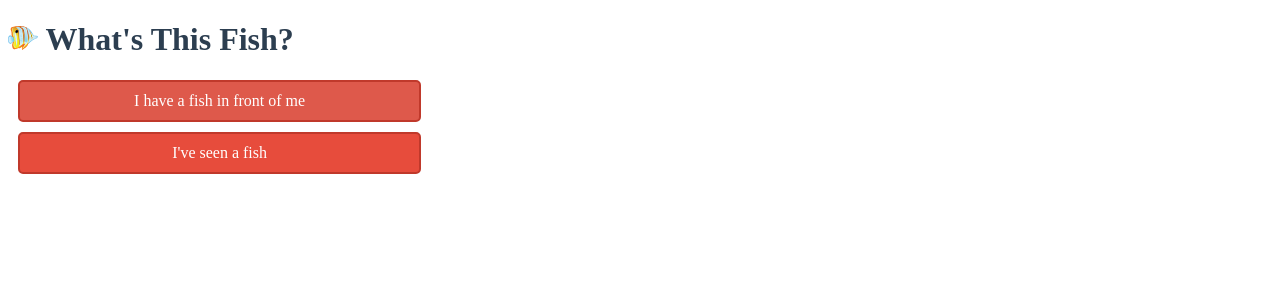
Repository: ulyfm/whatsthis.fish
Page: FishServer/externalpages/index.html
The author's editor kept a copy of each file at every save. The page is drawn from the files as they stood at one save, then again after the next save.
The browser window is 1280 px wide. The pictures show the whole page.
The first visible `.c1` is being pressed.
Some web fonts or font styles are not loaded; a fallback is used.

Above is the page before, as saved 2017-01-04 18:11:31.

### FishServer/externalpages/index.html
<!DOCTYPE html>
<html>
	<head>
		<title>WhatsThisFish</title>
		<link rel='stylesheet' type='text/css' href='fish.css'>
		<script src='fish.js' type='text/javascript'></script>
		<link href="https://fonts.googleapis.com/css?family=Alegreya" rel="stylesheet">
	</head>
	<body>
		<h1><img src='drivingthattrainhighoncocaine.svg' id='logo'>  What's This Fish?</h1>
		<a href='/havefish.html' class='c1'>I have a fish in front of me</a>
		<a href='/havefish.html' class='c1'>I've seen a fish</a>
	</body>
</html>

### FishServer/externalpages/fish.css
html{
	background: #ffffff;
	color: #2c3e50;
	font-family: 'Alegreya', serif;
}
#logo {
	width: 30px;
	display: inline;
}
.c1 {
	text-decoration: none;
	background: #e74c3c;
	color: #ffffff;
	padding: 10px;
	margin: 10px;
	border: 2px solid #c0392b;
	border-radius: 5px;
	display: block;
	width: 30%;
	text-align: center;
}
.c1:active {
	background: #de594b;
}

Loaded but not shown: FishServer/externalpages/fish.js (no stored copy; drawn as an empty file)

After the next save:
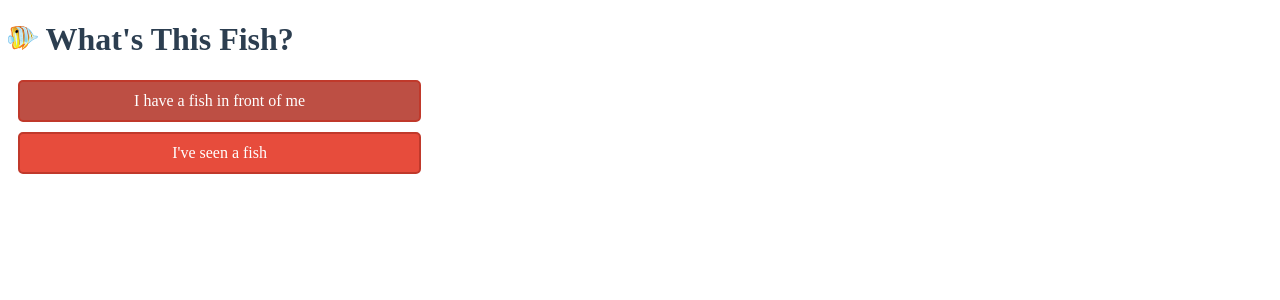
Saved 20 s later.
--- a/FishServer/externalpages/fish.css
+++ b/FishServer/externalpages/fish.css
@@ -20,5 +20,5 @@ html{
 	text-align: center;
 }
 .c1:active {
-	background: #de594b;
+	background: #bd4f44;
 }
